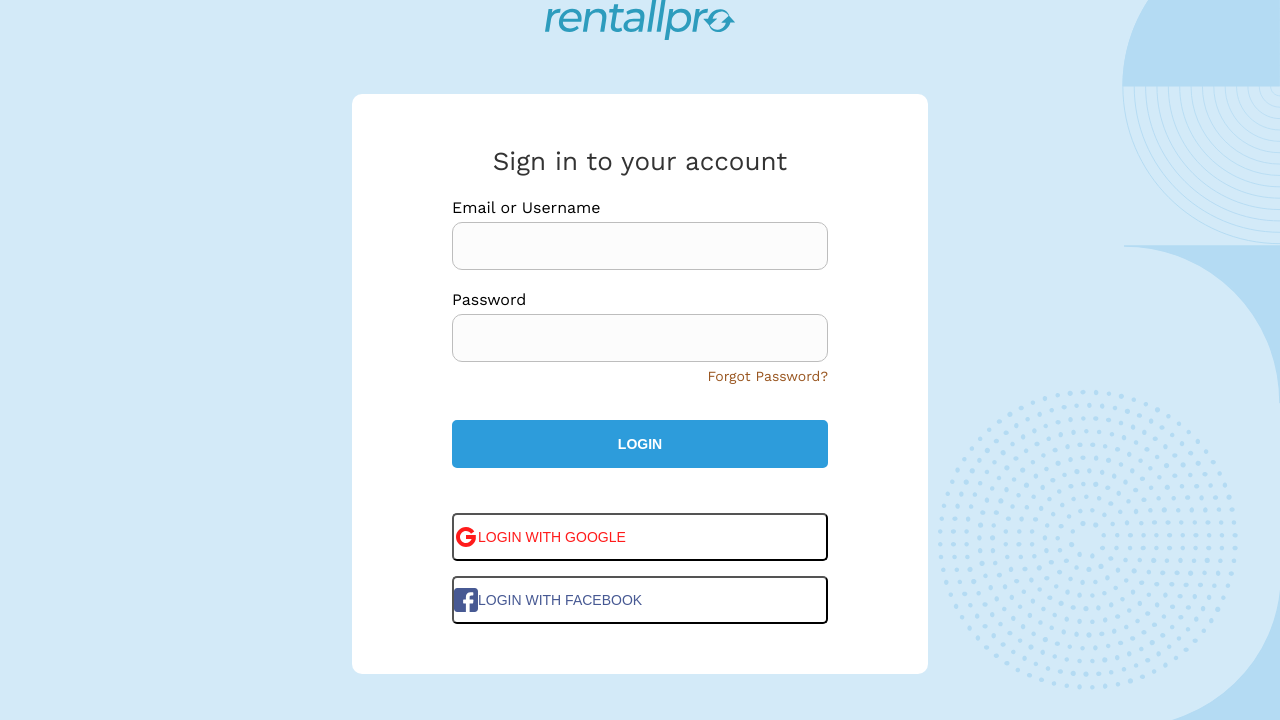
Repository: RentallPro/rentallpro-frontend
Page: /
These files come from the project's save history. The page is drawn as it stood at one moment and after the next save; the edit follows.
The browser window is 1280 px wide. The pictures show the whole page.
The project was rebuilt for these pictures with package versions that can differ from the ones it lists, and the page was loaded fresh each time.

Above is the page before, as saved 2020-12-09 11:01:47.

After the next save:
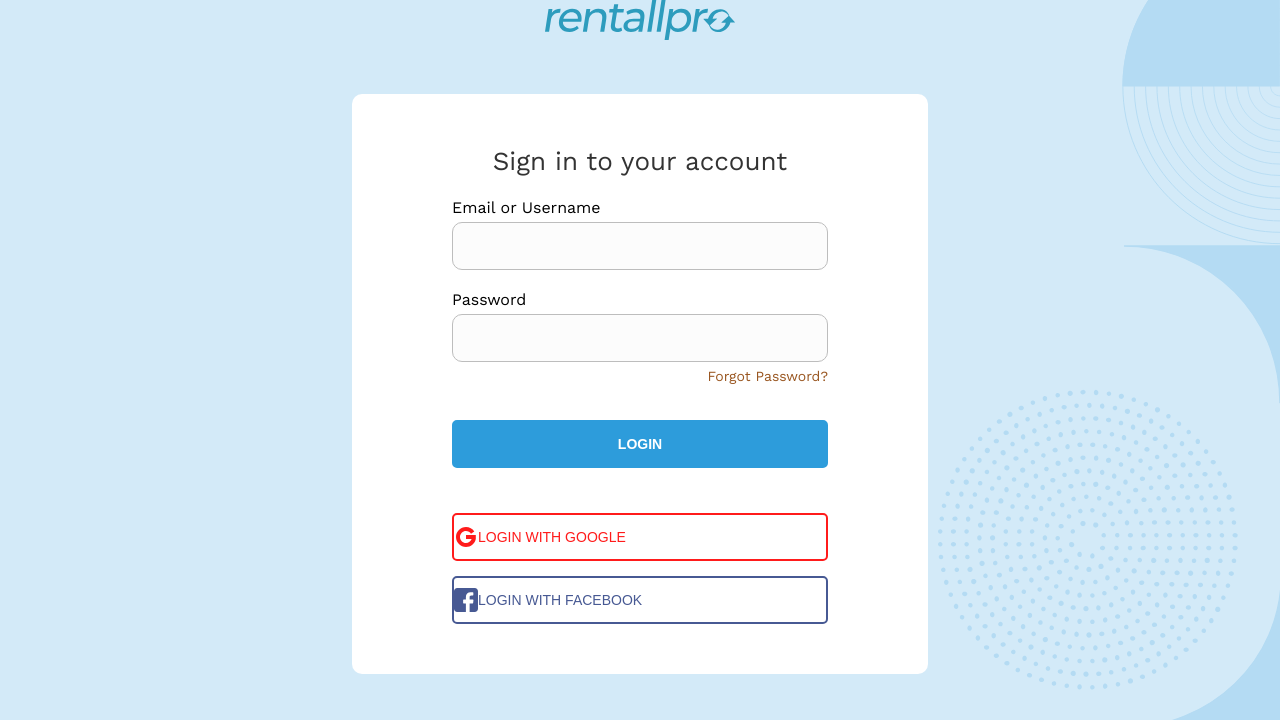
Saved 39 s later.
--- a/src/views/Home/Home.scss
+++ b/src/views/Home/Home.scss
@@ -68,6 +68,7 @@
                     display: flex;
                     align-items: center;
                     color: #FF1B1B;
+                    border: 2px solid #FF1B1B;
                     font-weight: 500;
                     background-color: #FFFFFF;
                 }
@@ -75,6 +76,7 @@
                     display: flex;
                     align-items: center;
                     color: #475993;
+                    border: 2px solid #475993;
                     background-color: #FFFFFF;
                     font-weight: 500;
                     margin-top: 15px;
